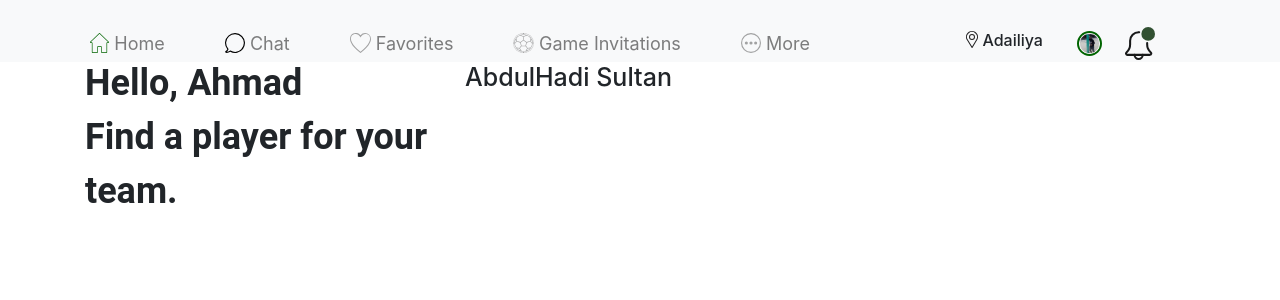
Repository: usman-yousuf/football-website
Page: Home/home.html
The author's editor kept a copy of each file at every save. The page is drawn from the files as they stood at one save, then again after a run of saves.
The browser window is 1280 px wide. The pictures show the whole page.

Above is the page before, as saved 2021-08-18 11:34:15.
Console error: ReferenceError: $ is not defined

After the next 2 saves:
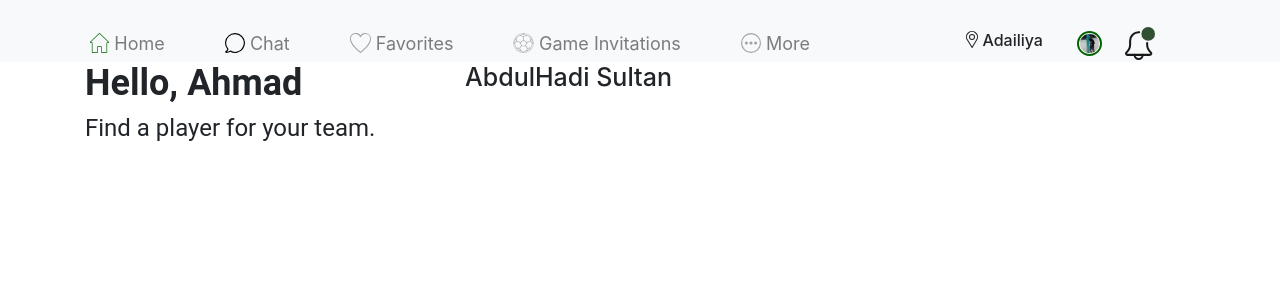
The 2 saves are shown as one change because they came seconds apart.
The last was saved 8 s later.
--- a/assets/main.css
+++ b/assets/main.css
@@ -56,7 +56,7 @@
 
 .ahmed_text_m p {
   font-family: Roboto;
-  font-weight: bold;
-  font-size: 3.6rem;
+  font-weight: normal;
+  font-size: 2.4rem;
 }
 /* .................Home Page CSS End .........................  */
